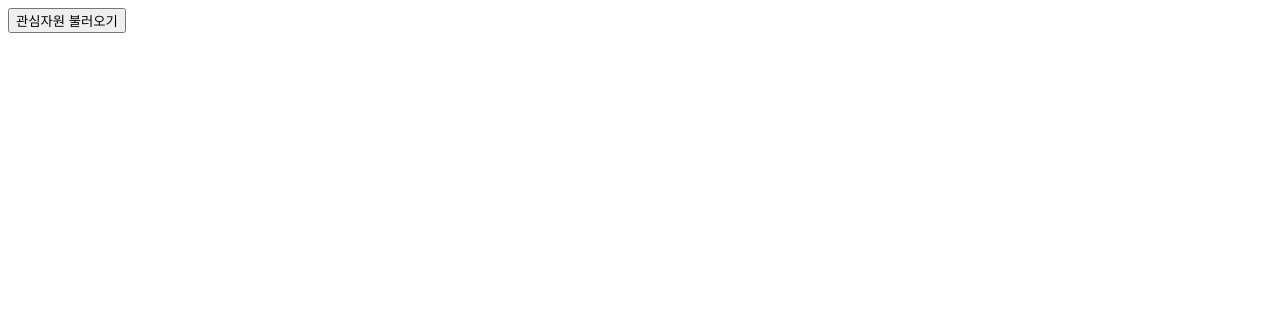
Repository: dlgywls1130/one_popup
Page: index.html
An editor plug-in stored every save of this project. The page is shown before and after the next save, followed by the edit.
The browser window is 1280 px wide. The pictures show the whole page.

Above is the page before, as saved 2023-10-24 23:32:03.

After the next save:
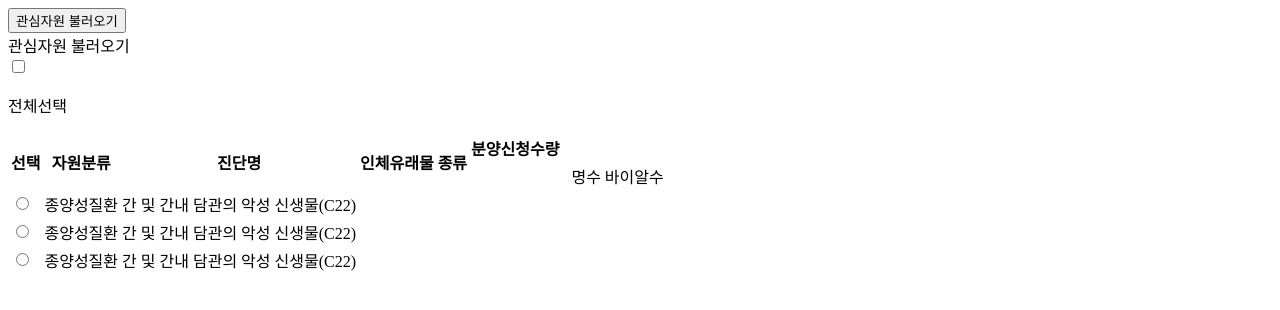
Saved 18 min 16 s later.
--- a/index.html
+++ b/index.html
@@ -7,5 +7,68 @@
 </head>
 <body>
     <button type="button">관심자원 불러오기</button>
+
+    <div class="modal_new">
+        <div class="modal_head">
+            <div class="modal_title">관심자원 불러오기</div>
+            <div class="modal_right">
+                <div class="refresh"></div>
+                <div class="close"></div>
+            </div>
+        </div>
+        <div class="modal_body">
+            <div class="all_check">
+                <label>
+                    <input type="checkbox">
+                    <p>전체선택</p>
+                </label>
+            </div>
+
+            <div class="body_all_list">
+                <table class="list_table_wrap">
+                    <tr>
+                        <th rowspan='2'>선택</th>
+                        <th rowspan='2'>자원분류</th>
+                        <th rowspan='2'>진단명</th>
+                        <th rowspan='2'>인체유래물 종류</th>
+                        <th colspan='2'>분양신청수량</th>
+                    </tr>
+                    <tr>
+                        <td></td>
+                        <td></td>
+                        <td></td>
+                        <td></td>
+                        <td>명수</td>
+                        <td>바이알수</td>
+                    </tr>
+                    <tr>
+                        <td><input type="radio" name="choice"></td>
+                        <td>종양성질환</td>
+                        <td>간 및 간내 담관의 악성 신생물(C22)</td>
+                        <td></td>
+                        <td></td>
+                        <td></td>
+                    </tr>
+                    <tr>
+                        <td><input type="radio" name="choice"></td>
+                        <td>종양성질환</td>
+                        <td>간 및 간내 담관의 악성 신생물(C22)</td>
+                        <td></td>
+                        <td></td>
+                        <td></td>
+                    </tr>
+                    <tr>
+                        <td><input type="radio" name="choice"></td>
+                        <td>종양성질환</td>
+                        <td>간 및 간내 담관의 악성 신생물(C22)</td>
+                        <td></td>
+                        <td></td>
+                        <td></td>
+                    </tr>
+                </table>
+            </div>
+
+        </div>
+    </div>
 </body>
 </html>
